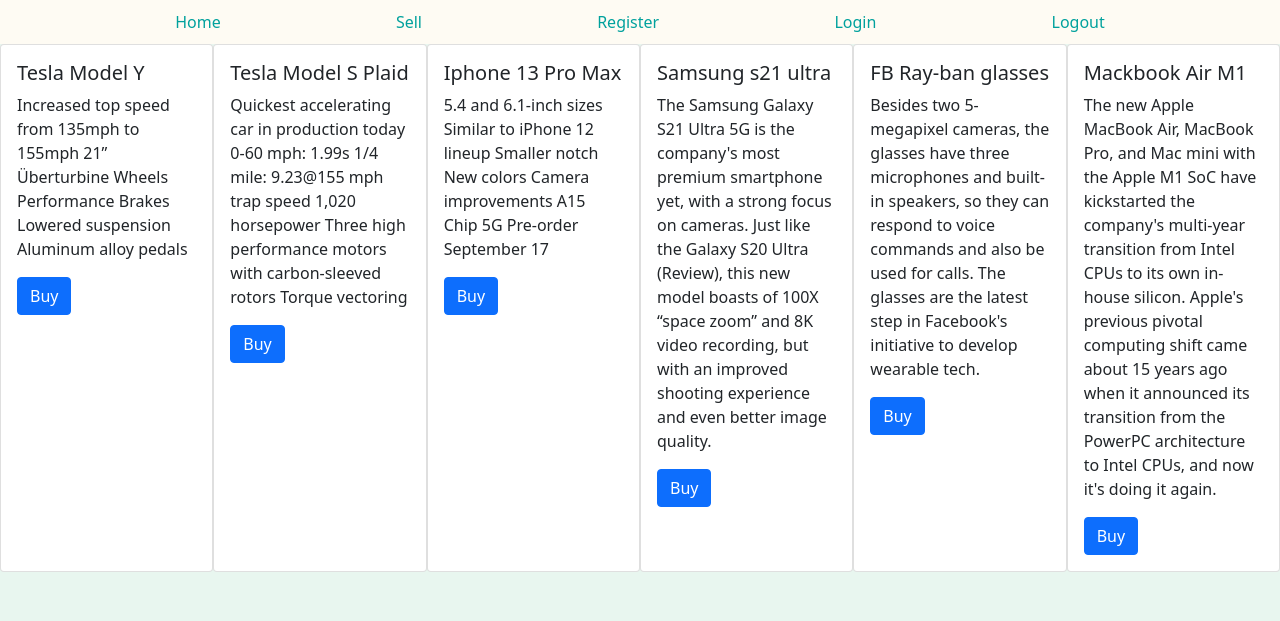
Repository: RiteshK555/itw-project
Page: http://localhost/
An editor plug-in stored every save of this project. The page is shown before and after the next save, followed by the edit.
The browser window is 1280 px wide. The pictures show the whole page.
The page is served by the project's application, run on Django 3.2 (student_olx/manage.py). The page reads the database file committed with the project.

Above is the page before, as saved 2021-09-19 13:43:33.

After the next save:
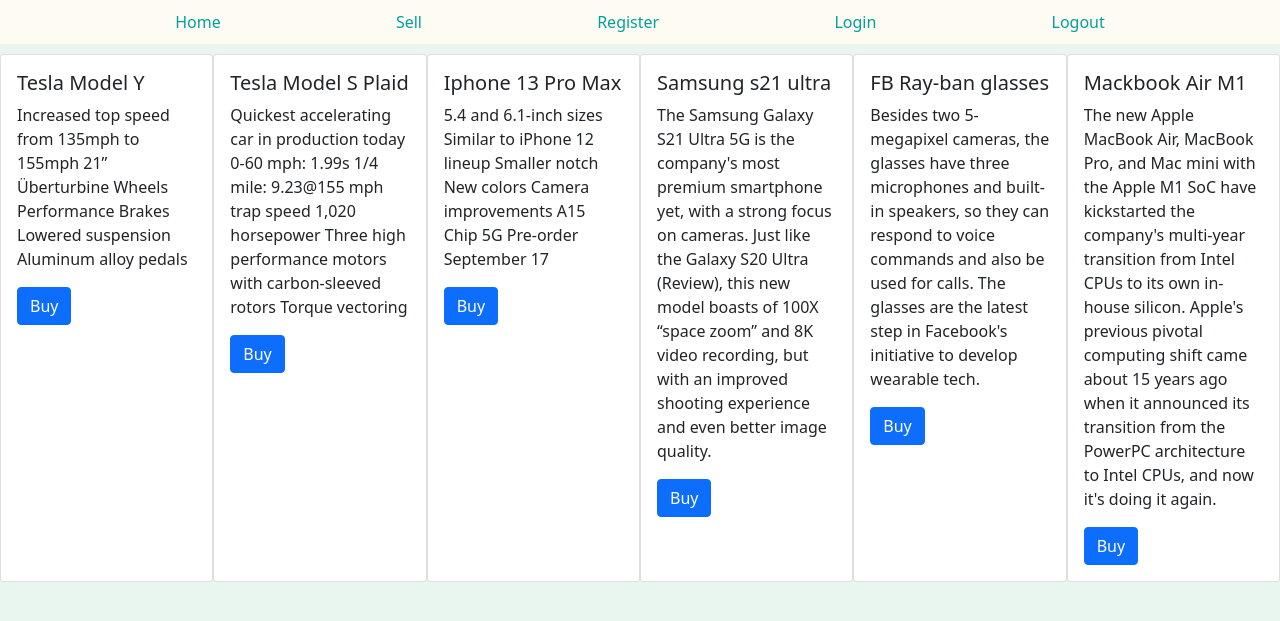
Saved 4 s later.
--- a/student_olx/main/static/main/style.css
+++ b/student_olx/main/static/main/style.css
@@ -17,5 +17,5 @@
     color:red;
 }
 #content{
-    padding-top
+    padding-top:10px;
 }
